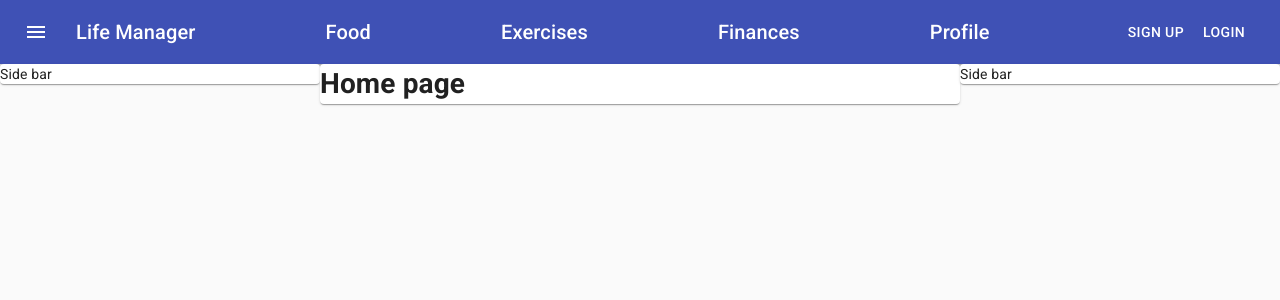
Repository: DaNiels89/lifemanagerreact
Page: /food
An editor plug-in stored every save of this project. The page is shown before and after the next save, followed by the edit.
The browser window is 1280 px wide. The pictures show the whole page.
The project was rebuilt for these pictures with package versions that can differ from the ones it lists, and the page was loaded fresh each time. Also part of the build but not shown: src/assets/css/UserDetails.css, src/assets/components/CountrySelect.js, src/assets/components/5_profile/ErrorMessage.js, src/assets/components/UserDetails.js.

Above is the page before, as saved 2020-03-17 16:02:15.

### public/index.html
<!DOCTYPE html>
<html lang="en">
  <head>
    <meta charset="utf-8" />
    <link rel="icon" href="%PUBLIC_URL%/favicon.ico" />
    <meta name="viewport" content="width=device-width, initial-scale=1" />
    <meta name="theme-color" content="#000000" />
    <meta
      name="description"
      content="Web site created using create-react-app"
    />
    <link rel="apple-touch-icon" href="%PUBLIC_URL%/logo192.png" />
    <link rel="manifest" href="%PUBLIC_URL%/manifest.json" />
    <title>Life Manager</title>
  </head>
  <body>
    <noscript>You need to enable JavaScript to run this app.</noscript>
    <div id="root"></div>
  </body>
</html>

### src/App.js
import React from 'react';
import Header from './assets/components/layout/Header';
import UserDetails from './assets/components/UserDetails';

import CssBaseline from '@material-ui/core/CssBaseline';
import 'typeface-roboto';
import Grid from '@material-ui/core/Grid';
import Paper from '@material-ui/core/Paper';
import { makeStyles } from '@material-ui/core/styles';
import './assets/css/App.css';

const useStyles = makeStyles({
  main: {
    width: '100%'
  }
});

export default function App() {
  const classes = useStyles();

  return (
    <React.Fragment>
      <CssBaseline />
      <div className={classes.main}>
        <Header />
        <Grid container>
          <Grid item xs={3}>
            <Paper className={classes.paper}>Side bar</Paper>
          </Grid>
          <Grid item xs={6}>
            <Paper className={classes.paper}>
              <h1>Home page</h1>
            </Paper>
          </Grid>
          <Grid item xs={3}>
            <Paper className={classes.paper}>Side bar</Paper>
          </Grid>
        </Grid>
      </div>
    </React.Fragment>
  );
}

### src/assets/components/layout/Header.js
import React from 'react';
import {
  BrowserRouter as Router,
  Switch,
  Route,
  Link as RouterLink
} from 'react-router-dom';

import UserDetails from '../UserDetails';

import { makeStyles } from '@material-ui/core/styles';
import AppBar from '@material-ui/core/AppBar';
import Toolbar from '@material-ui/core/Toolbar';
import Link from '@material-ui/core/Link';
import Typography from '@material-ui/core/Typography';
import Button from '@material-ui/core/Button';
import IconButton from '@material-ui/core/IconButton';
import MenuIcon from '@material-ui/icons/Menu';

const useStyles = makeStyles(theme => ({
  header: {
    flexGrow: 1
  },
  menuButton: {
    marginRight: theme.spacing(2)
  },
  title: {
    flexGrow: 1
  }
}));

export default function Header() {
  const classes = useStyles();
  const preventDefault = event => event.preventDefault();

  return (
    <Router>
      <div className={classes.header}>
        <AppBar position="static">
          <Toolbar>
            <IconButton
              edge="start"
              className={classes.menuButton}
              color="inherit"
              aria-label="menu"
            >
              <MenuIcon />
            </IconButton>
            <Typography variant="h6" className={classes.title}>
              <Link href="/" color="inherit">
                Life Manager
              </Link>
            </Typography>
            <Typography variant="h6" className={classes.title}>
              <Link href="/" color="inherit">
                Food
              </Link>
            </Typography>
            <Typography variant="h6" className={classes.title}>
              <Link href="/" color="inherit">
                Exercises
              </Link>
            </Typography>
            <Typography variant="h6" className={classes.title}>
              <Link href="/" color="inherit">
                Finances
              </Link>
            </Typography>
            <Typography variant="h6" className={classes.title}>
              <Link href="/profile" color="inherit">
                Profile
              </Link>
            </Typography>
            <Button color="inherit">Sign up</Button>
            <Button color="inherit">Login</Button>
          </Toolbar>
        </AppBar>

        <Switch>
          <Route path="/about">{/* <About /> */}</Route>
          <Route path="/users">{/* <Users /> */}</Route>
          <Route path="/about">{/* <About /> */}</Route>
          <Route path="/profile">
            <UserDetails />
          </Route>
          <Route path="/">{/* <Home /> */}</Route>
        </Switch>
      </div>
    </Router>
  );
}

Loaded but not shown: src/index.js (common file); src/assets/css/App.css (common file)

After the next save:
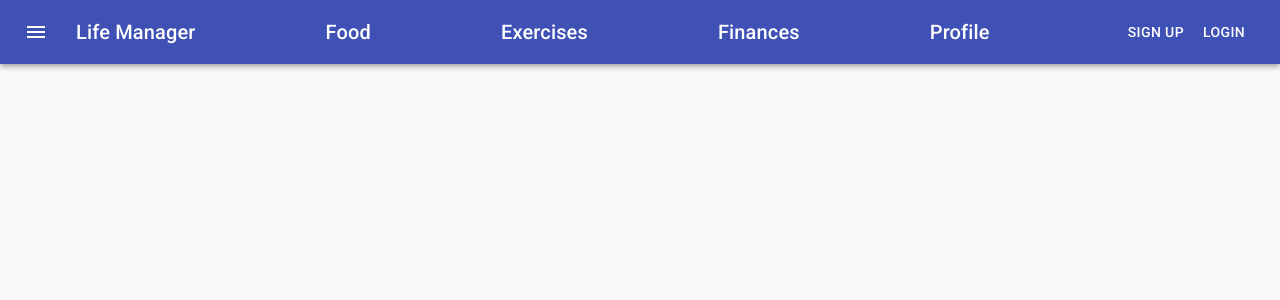
Saved 58 s later.
--- a/src/App.js
+++ b/src/App.js
@@ -23,19 +23,6 @@
       <CssBaseline />
       <div className={classes.main}>
         <Header />
-        <Grid container>
-          <Grid item xs={3}>
-            <Paper className={classes.paper}>Side bar</Paper>
-          </Grid>
-          <Grid item xs={6}>
-            <Paper className={classes.paper}>
-              <h1>Home page</h1>
-            </Paper>
-          </Grid>
-          <Grid item xs={3}>
-            <Paper className={classes.paper}>Side bar</Paper>
-          </Grid>
-        </Grid>
       </div>
     </React.Fragment>
   );
